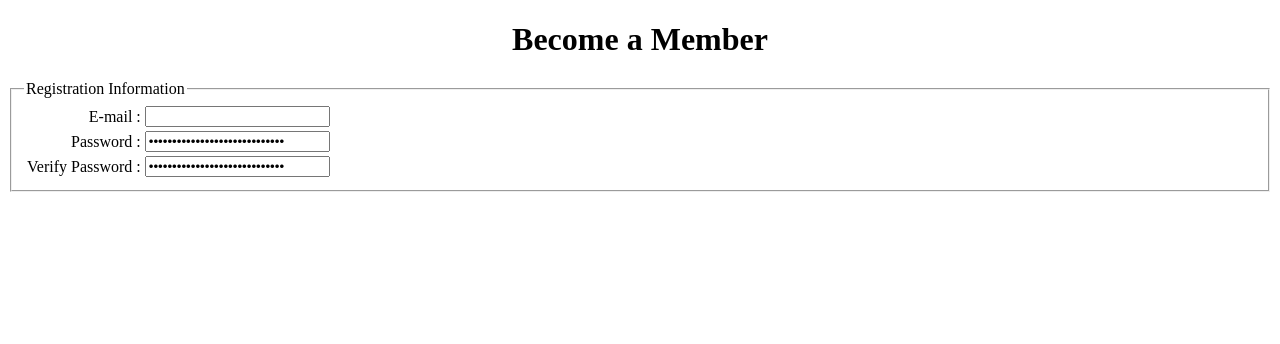
Repository: kjungyoun/Web_Study_2021
Page: homework_front/WebContent/0302/0302.html
These files come from the project's save history. The page is drawn as it stood at one moment and after the next save; the edit follows.
The browser window is 1280 px wide. The pictures show the whole page.

Above is the page before, as saved 2021-03-02 09:31:00.

### homework_front/WebContent/0302/0302.html
<!DOCTYPE html>
<html>
<head>
<meta charset="UTF-8">
<title>Become a Member</title>
</head>
<body>
<header>
	<h1 align="center">
		Become a Member
	</h1>
</header>
<form action="index.html">
	<fieldset>
		<legend>Registration Information</legend>
		<table >
			<tbody>
				<tr>
					<td align="right">
						<label for="userid">E-mail : </label>
					</td>
					<td align="left">
						<input type="email" id="email" name="email">
					</td>
				</tr>
				<tr>
					<td align="right">
					<label for="password">Password : </label>
					</td>
					<td align="left">
						<input type="password" id="psw" name="psw" value="At least 6 letters or numbers">
					</td>
				</tr>
				<tr>
					<td align="right">
						<label for="vpassword">Verify Password : </label>
					</td>
					<td align="left">
						<input type="password" id="vpwd" name="vpwd" value="At least 6 letters or numbers">
					</td>
				</tr>
			</tbody>
		</table>
	</fieldset>
</form>
</body>
</html>

After the next save:
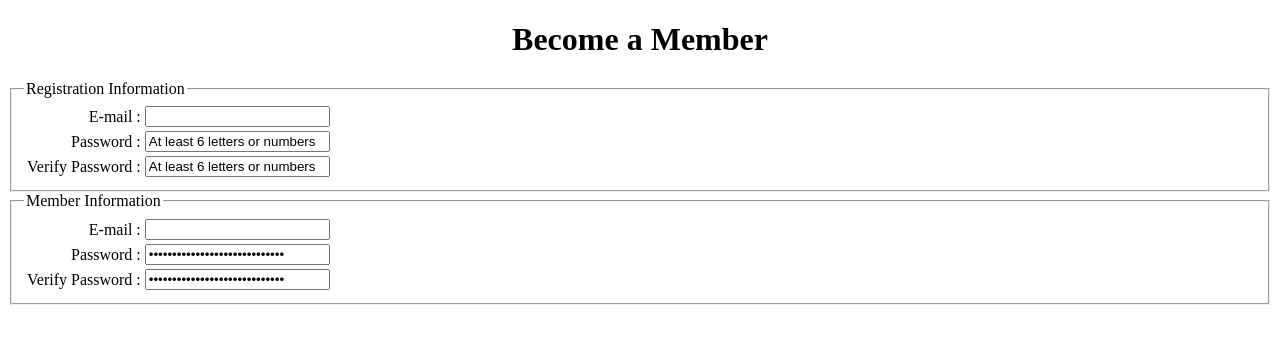
Saved 91 min 34 s later.
--- a/homework_front/WebContent/0302/0302.html
+++ b/homework_front/WebContent/0302/0302.html
@@ -13,6 +13,37 @@
 <form action="index.html">
 	<fieldset>
 		<legend>Registration Information</legend>
+		<table >
+			<tbody>
+				<tr>
+					<td align="right">
+						<label for="userid">E-mail : </label>
+					</td>
+					<td align="left">
+						<input type="email" id="email" name="email">
+					</td>
+				</tr>
+				<tr>
+					<td align="right">
+					<label for="password">Password : </label>
+					</td>
+					<td align="left">
+						<input type="text" id="psw" name="psw" value="At least 6 letters or numbers">
+					</td>
+				</tr>
+				<tr>
+					<td align="right">
+						<label for="vpassword">Verify Password : </label>
+					</td>
+					<td align="left">
+						<input type="text" id="vpwd" name="vpwd" value="At least 6 letters or numbers">
+					</td>
+				</tr>
+			</tbody>
+		</table>
+	</fieldset>
+	<fieldset>
+		<legend>Member Information</legend>
 		<table >
 			<tbody>
 				<tr>
